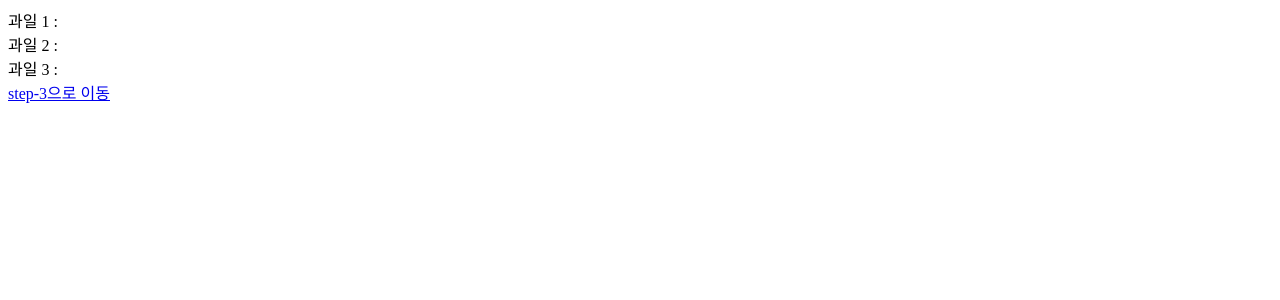
Repository: saeeeem2/2023JSTL
Page: http://localhost/jstl_study/step-4.jsp
The author's editor kept a copy of each file at every save. The page is drawn from the files as they stood at one save, then again after the next save.
The browser window is 1280 px wide. The pictures show the whole page.
The page is served by Tomcat 9.

Above is the page before, as saved 2023-11-22 05:49:25.

After the next save:
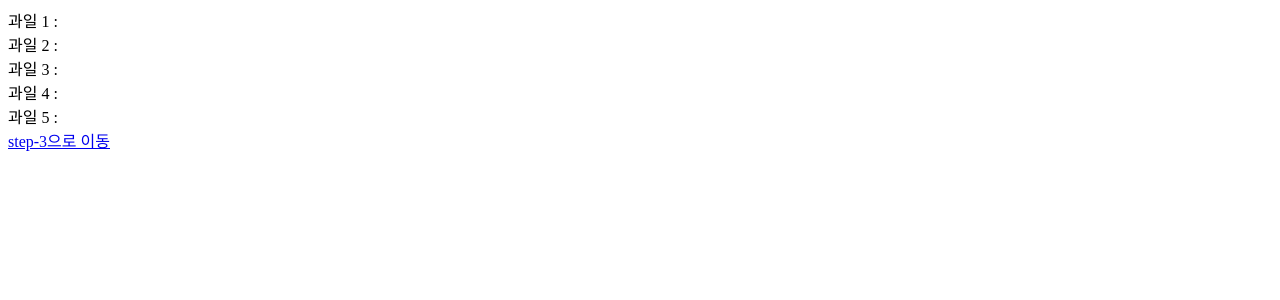
Saved 61 s later.
--- a/jstl_study/src/main/webapp/step-4.jsp
+++ b/jstl_study/src/main/webapp/step-4.jsp
@@ -11,6 +11,8 @@
 과일 1 : ${paramValues.food[0] }<br>
 과일 2 : ${paramValues.food[1] }<br>
 과일 3 : ${paramValues.food[2] }<br>
+과일 4 : ${paramValues.food[3] }<br>
+과일 5 : ${paramValues.food[4] }<br>
 
 <a href="step-3.jsp">step-3으로 이동</a>
 
